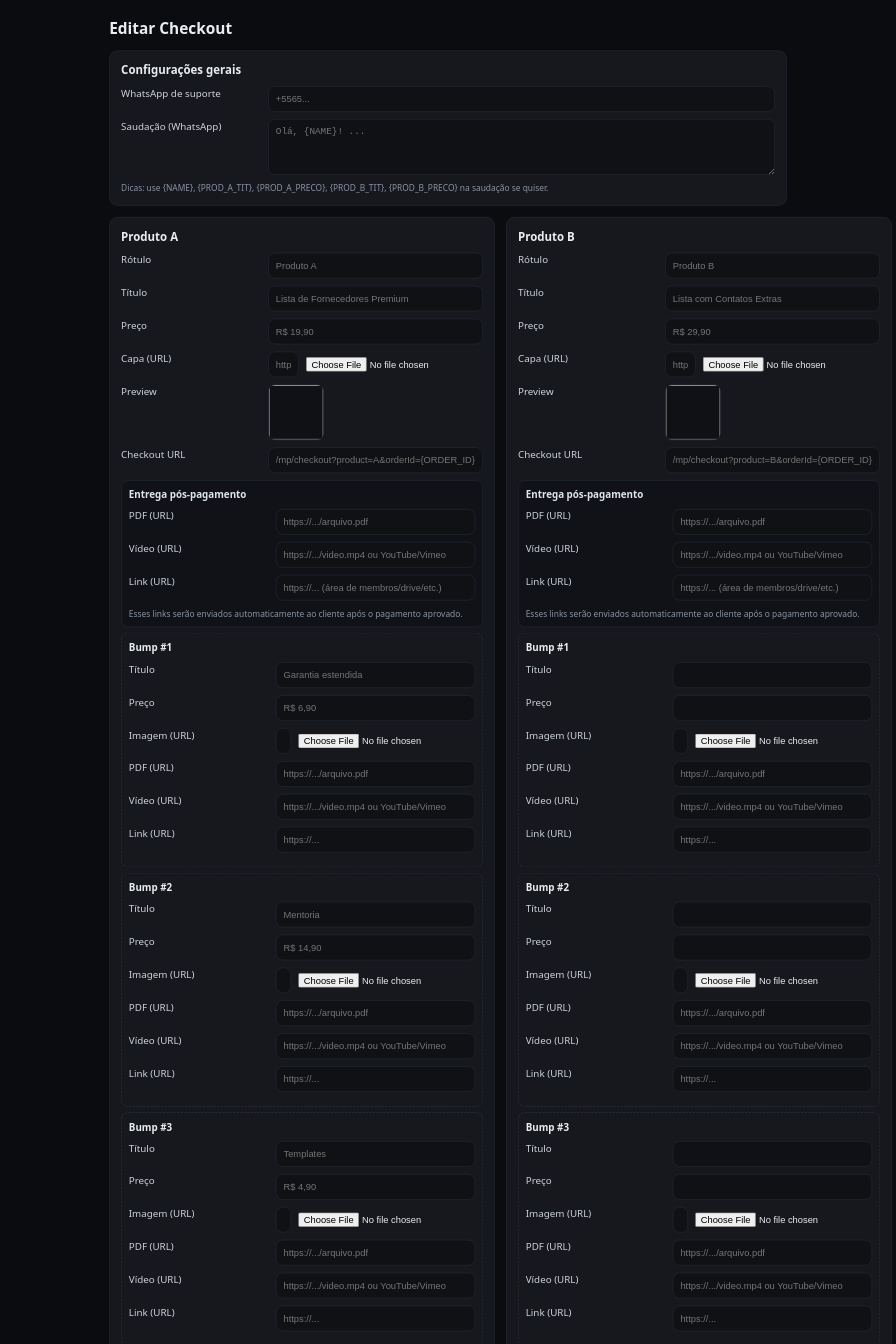
Repository: Rob-son-prog/hiveloja-whatsapp
Page: admin/editar-checkout.html
The author's editor kept a copy of each file at every save. The page is drawn from the files as they stood at one save, then again after the next save.
The browser window is 1280 px wide. The pictures show the part of the page from y = 0 to 1920 px (the page is 2049 px tall before and 3043 px after), at 70% of full size.
The page's requests for data from a server got no answer.

Above is the page before, as saved 2025-10-10 21:57:03.

After the next save:
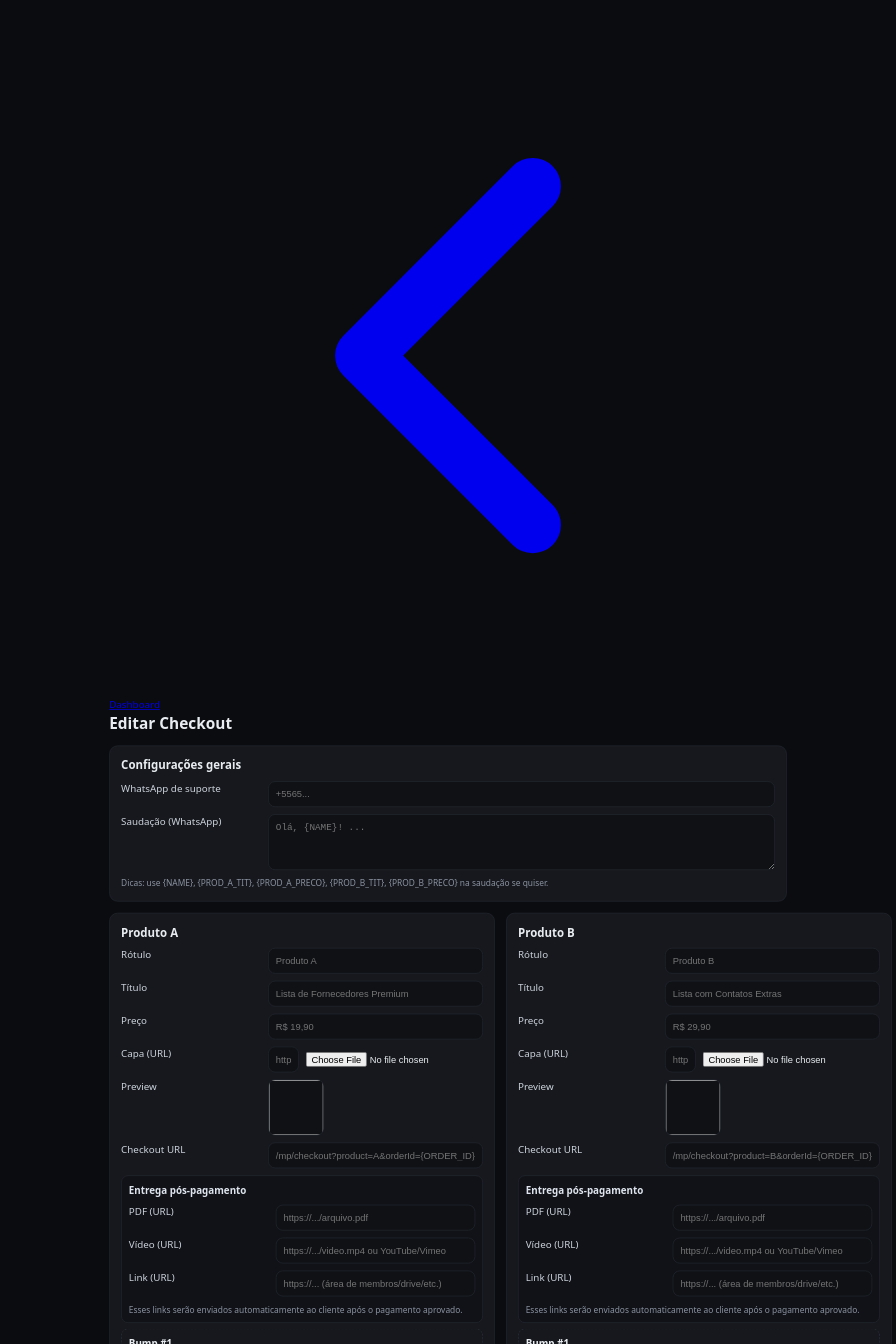
Saved 10 h 45 min later.
--- a/admin/editar-checkout.html
+++ b/admin/editar-checkout.html
@@ -29,6 +29,14 @@
 </head>
 <body>
 <div class="wrap">
+  <a href="/admin/dashboard.html" class="backdash" title="Voltar ao Dashboard">
+  <svg viewBox="0 0 24 24" fill="none" stroke="currentColor" stroke-width="2"
+       stroke-linecap="round" stroke-linejoin="round" aria-hidden="true">
+    <path d="M15 18l-6-6 6-6"/>
+  </svg>
+  Dashboard
+</a>
+
   <h1>Editar Checkout</h1>
 
   <!-- Globais -->

After the save that followed:
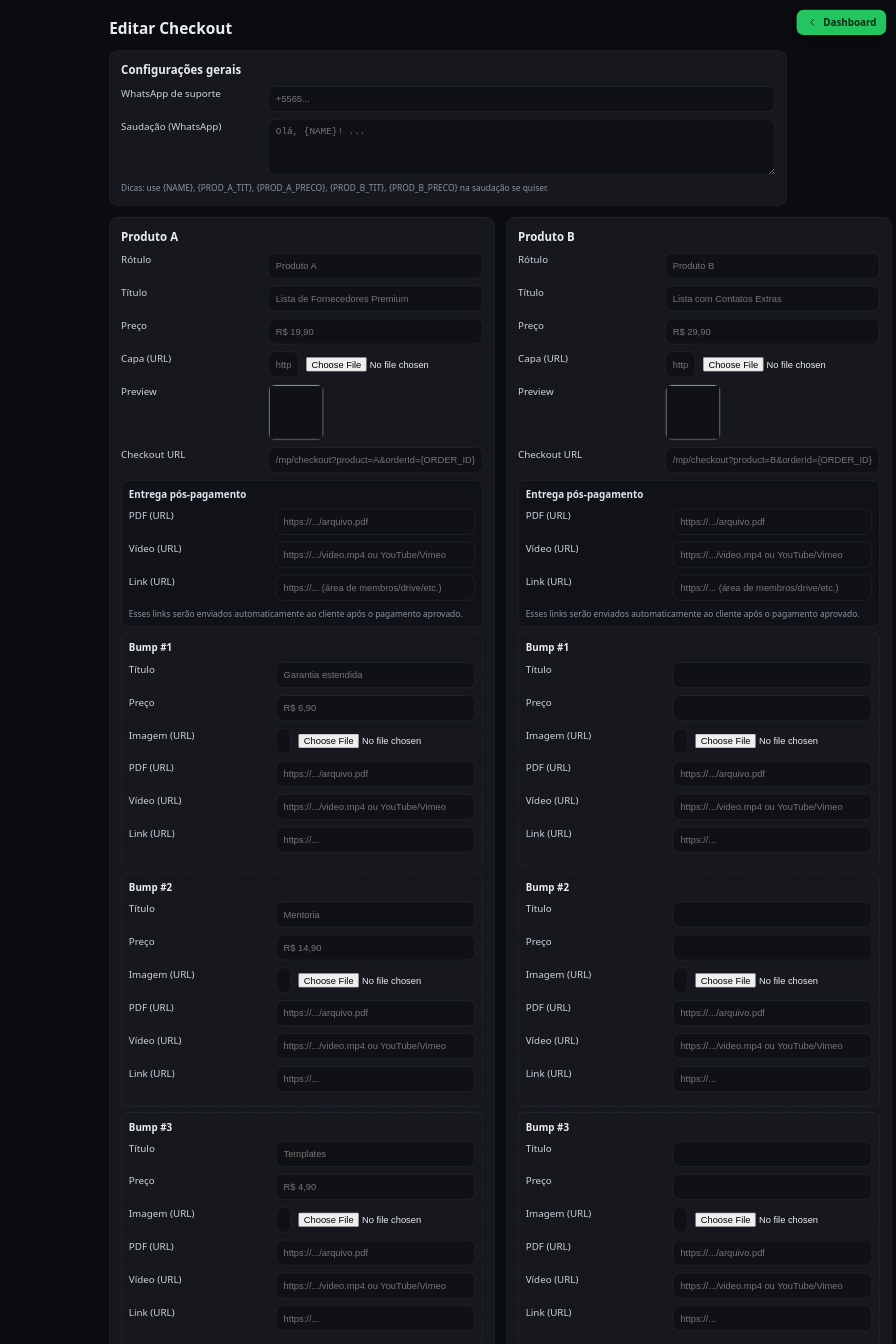
Saved 56 s later.
--- a/admin/editar-checkout.html
+++ b/admin/editar-checkout.html
@@ -25,6 +25,26 @@
   .bump{border:1px dashed #2b313b;border-radius:10px;padding:10px;margin-top:8px}
   .sub{border:1px solid var(--bd);border-radius:10px;padding:10px;margin-top:10px;background:#101217}
   .sub h4{margin:0 0 6px;font-size:14px;color:#dfe5ee}
+
+  .backdash {
+    position: fixed;
+    top: 14px;
+    right: 14px; /* troque para left:14px se preferir no canto esquerdo */
+    z-index: 9999;
+    background: #22c55e;
+    color: #062a12;
+    font: 600 14px/1.1 system-ui,-apple-system,Segoe UI,Roboto,Arial;
+    padding: 10px 14px;
+    border-radius: 10px;
+    text-decoration: none;
+    box-shadow: 0 6px 18px rgba(0,0,0,.35);
+    border: 0;
+    transition: transform .06s ease, filter .2s ease;
+    display: inline-flex; align-items: center; gap: 8px;
+  }
+  .backdash:hover { transform: translateY(-1px); filter: brightness(1.05); }
+  .backdash:active { transform: translateY(0); }
+  .backdash svg { width: 16px; height: 16px; }
 </style>
 </head>
 <body>
